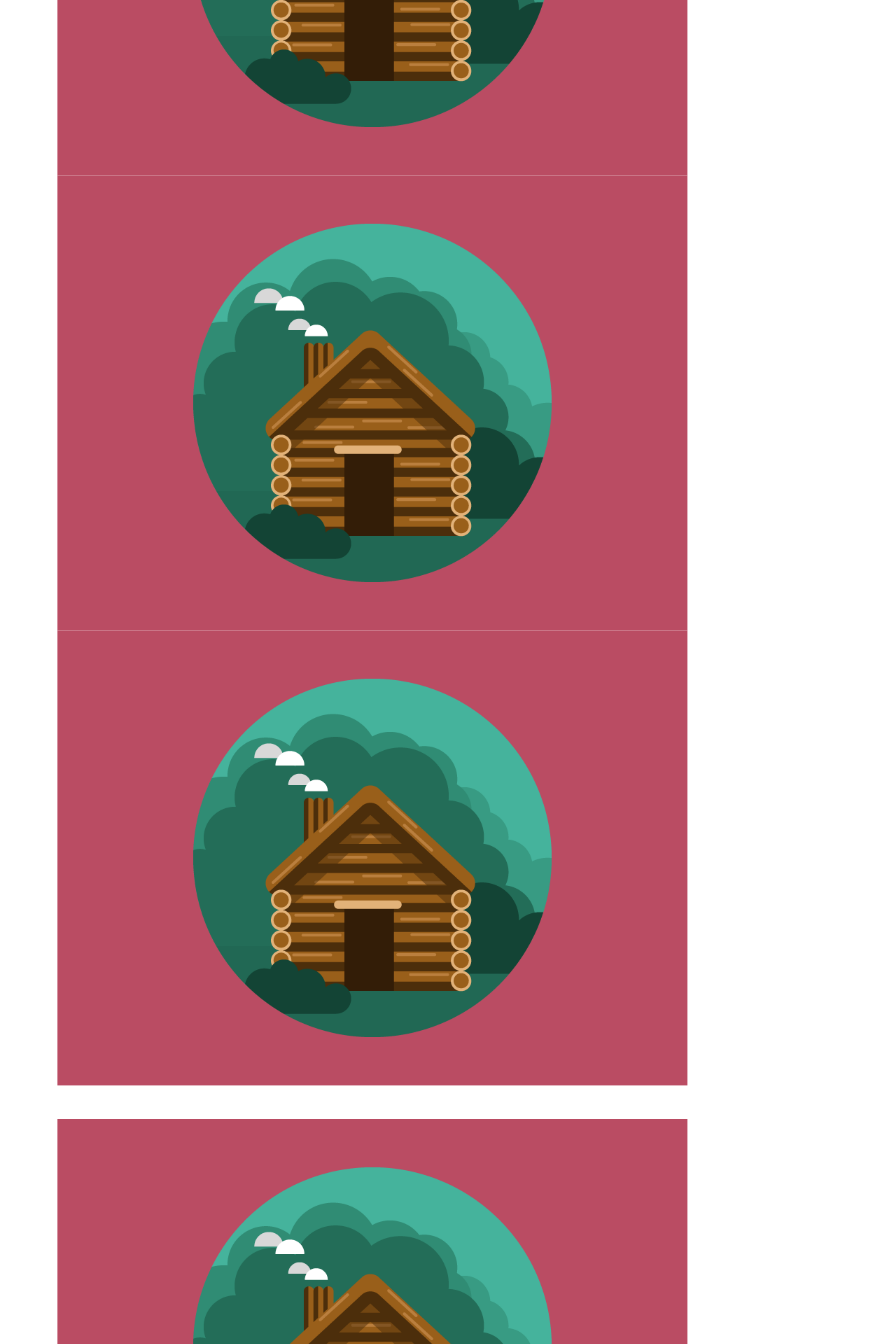
Repository: 7JaxeN7/WT-1255P-Mehmet_BEZC-
Page: index.html
The author's editor kept a copy of each file at every save. The page is drawn from the files as they stood at one save, then again after the next save.
The browser window is 1280 px wide. The pictures show the part of the page from y = 1922 to 3842 px (the page is 4820 px tall before and 5012 px after), at 70% of full size.

Above is the page before, as saved 2025-01-06 21:35:44.

After the next save:
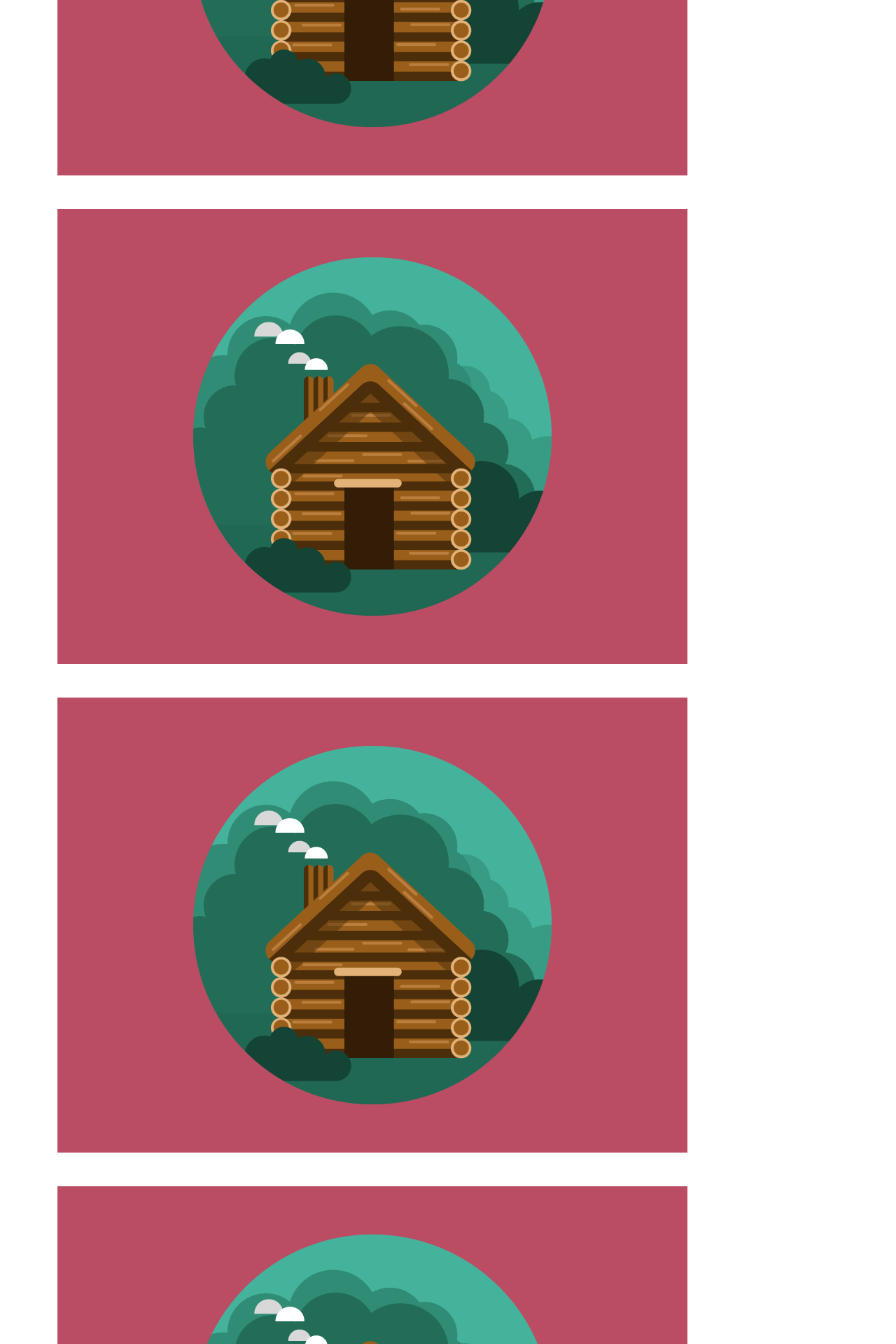
Saved 26 s later.
--- a/index.html
+++ b/index.html
@@ -49,19 +49,19 @@
           <div class="col-12 mb-5">
             <img src="/assets/img/cabin.png" class="img-fluid">
           </div>
-          <div class="col-12">
-            <img src="/assets/img/cabin.png" class="img-fluid">
-          </div>
-          <div class="col-12">
+          <div class="col-12 mb-5">
             <img src="/assets/img/cabin.png" class="img-fluid">
           </div>
           <div class="col-12 mb-5">
             <img src="/assets/img/cabin.png" class="img-fluid">
           </div>
-          <div class="col-12">
+          <div class="col-12 mb-5">
             <img src="/assets/img/cabin.png" class="img-fluid">
           </div>
-          <div class="col-12">
+          <div class="col-12 mb-5">
+            <img src="/assets/img/cabin.png" class="img-fluid">
+          </div>
+          <div class="col-12 mb-5">
             <img src="/assets/img/cabin.png" class="img-fluid">
           </div>
         </div>
